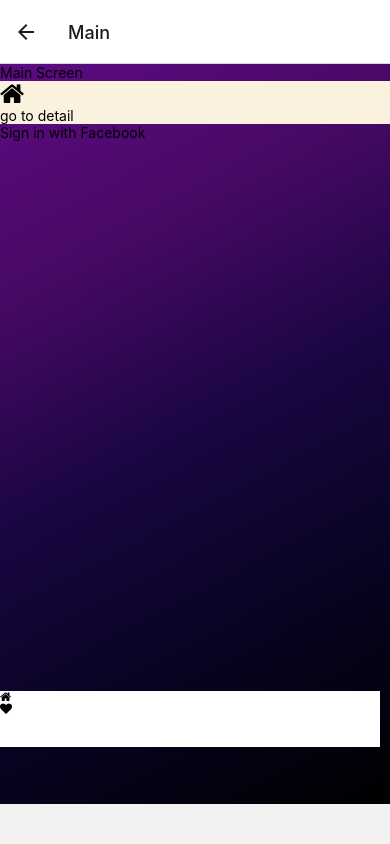
Repository: eyebone/barManager
Screen: /Main
The author's editor kept a copy of each file at every save. The screen is drawn from the files as they stood at one save, then again after the next save.
The app was drawn by React Native's web renderer in a window 390 px wide. The project was rebuilt for these pictures with package versions that can differ from the ones it lists, and the page was loaded fresh each time. Also part of the build but not shown: components/EmojiPicker.js, components/Button.js, components/ImageViewer.js, components/circleButton.js, components/IconButton.js, view/ViewOne.js, view/Sign.js.

Above is the screen before, as saved 2023-06-26 17:09:02.

After the next save:
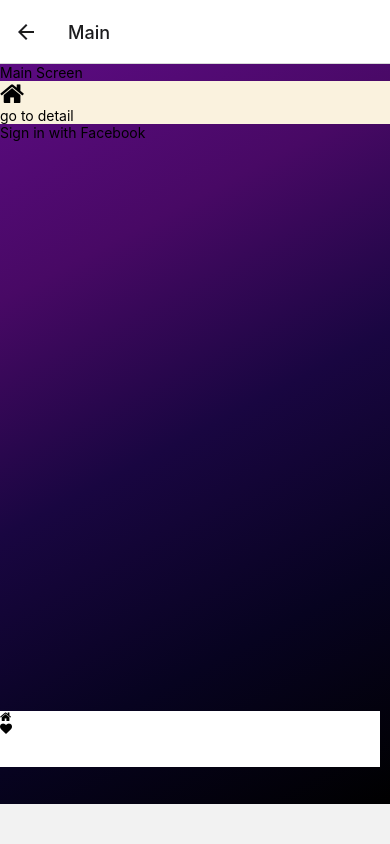
Saved 18 s later.
--- a/components/NavigationBar.js
+++ b/components/NavigationBar.js
@@ -39,6 +39,6 @@ const styles = StyleSheet.create({
         width: 380,
         height: 56,
         backgroundColor: "#fff",
-        marginTop: 550,
+        marginTop: 570,
     },
 })
